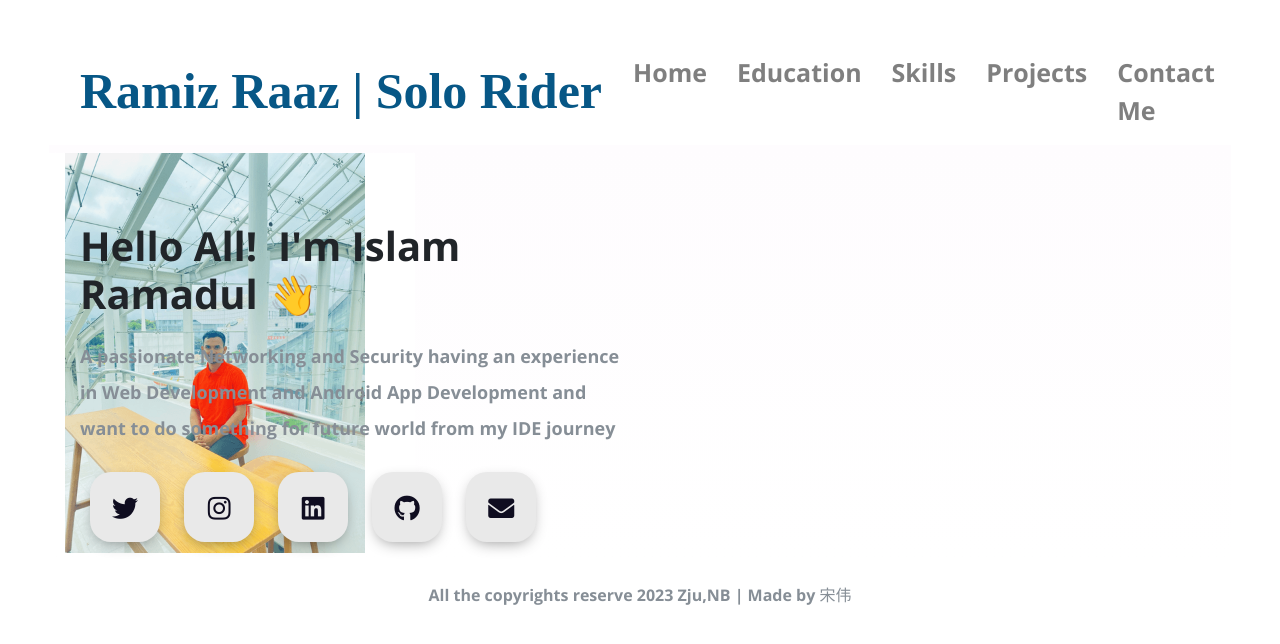
Repository: ramizraaz/ZjuProtfolio
Page: index.html
The author's editor kept a copy of each file at every save. The page is drawn from the files as they stood at one save, then again after the next save.
The browser window is 1280 px wide. The pictures show the whole page.
Some web fonts or font styles are not loaded; a fallback is used. Some web libraries are served in a nearby version.

Above is the page before, as saved 2023-10-07 00:21:47.

After the next save:
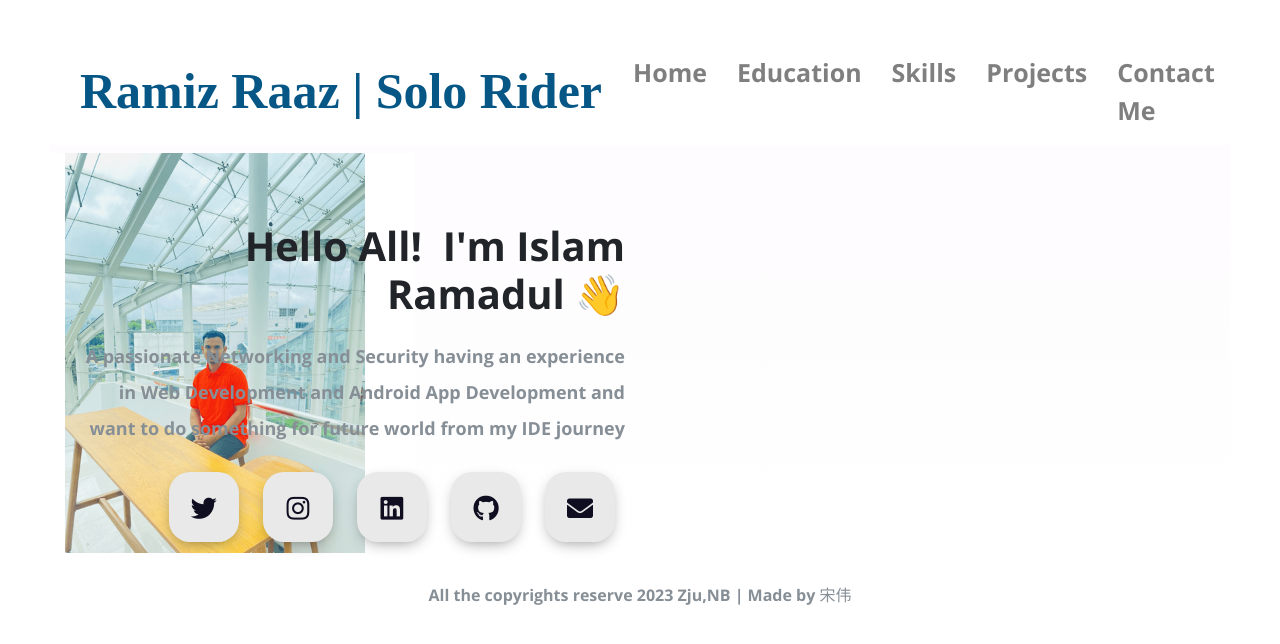
Saved 9 min 21 s later.
--- a/style.css
+++ b/style.css
@@ -49,7 +49,7 @@
 
 .section-1 {
     margin-top: 6%;
-    text-align: left;
+    text-align: right;
     position: relative;
     right: 0;
 }

After the save that followed:
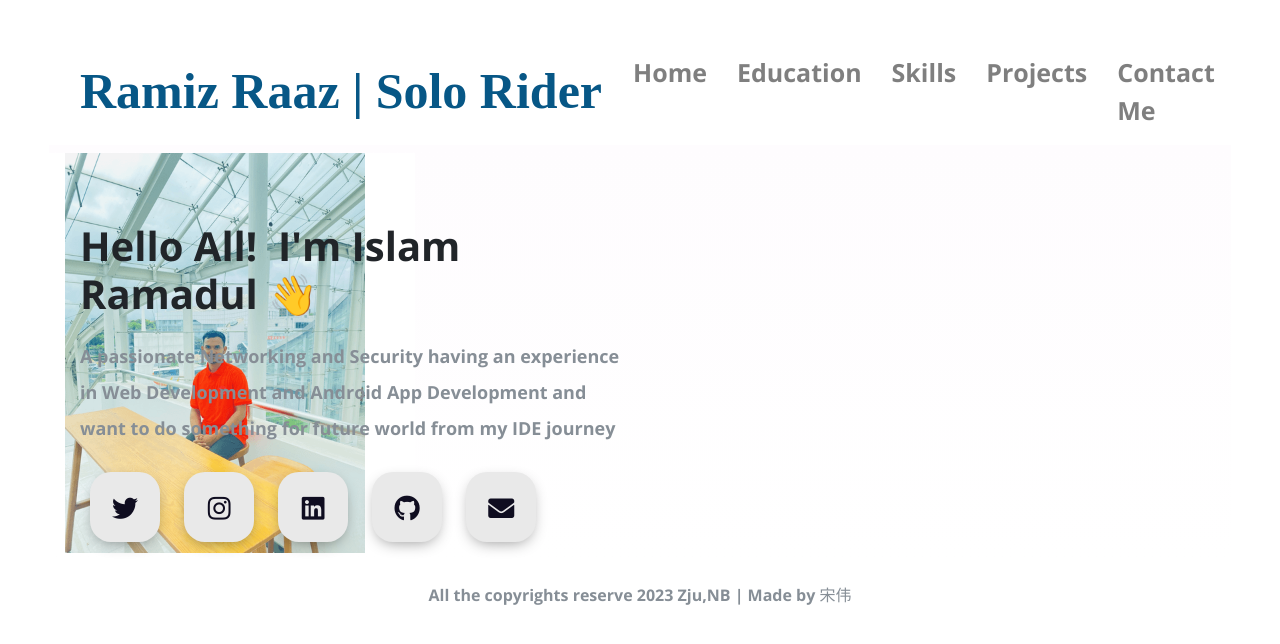
Saved 15 s later.
--- a/style.css
+++ b/style.css
@@ -49,7 +49,7 @@
 
 .section-1 {
     margin-top: 6%;
-    text-align: right;
+    text-align: left;
     position: relative;
     right: 0;
 }
